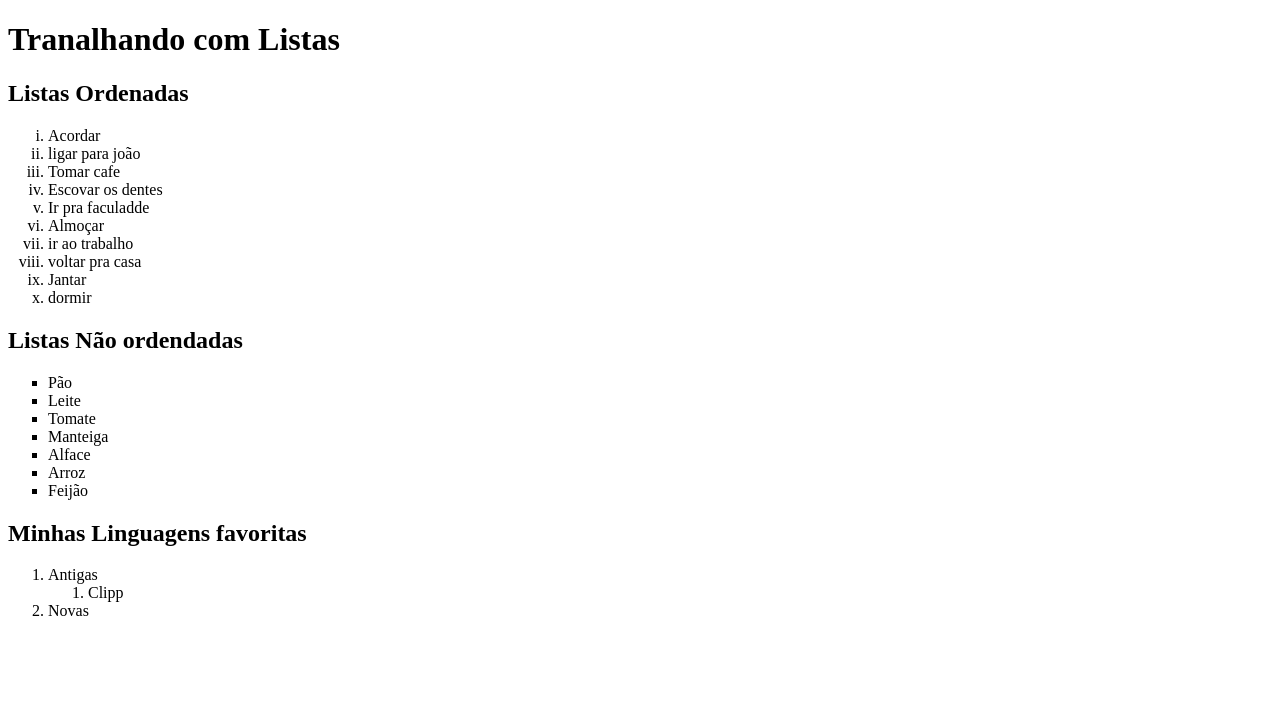
Repository: pheonix5/Estudo
Page: html-css/exercicios/ex009/index.html
These files come from the project's save history. The page is drawn as it stood at one moment and after the next save; the edit follows.
The browser window is 1280 px wide. The pictures show the whole page.

Above is the page before, as saved 2023-08-01 22:26:59.

After the next save:
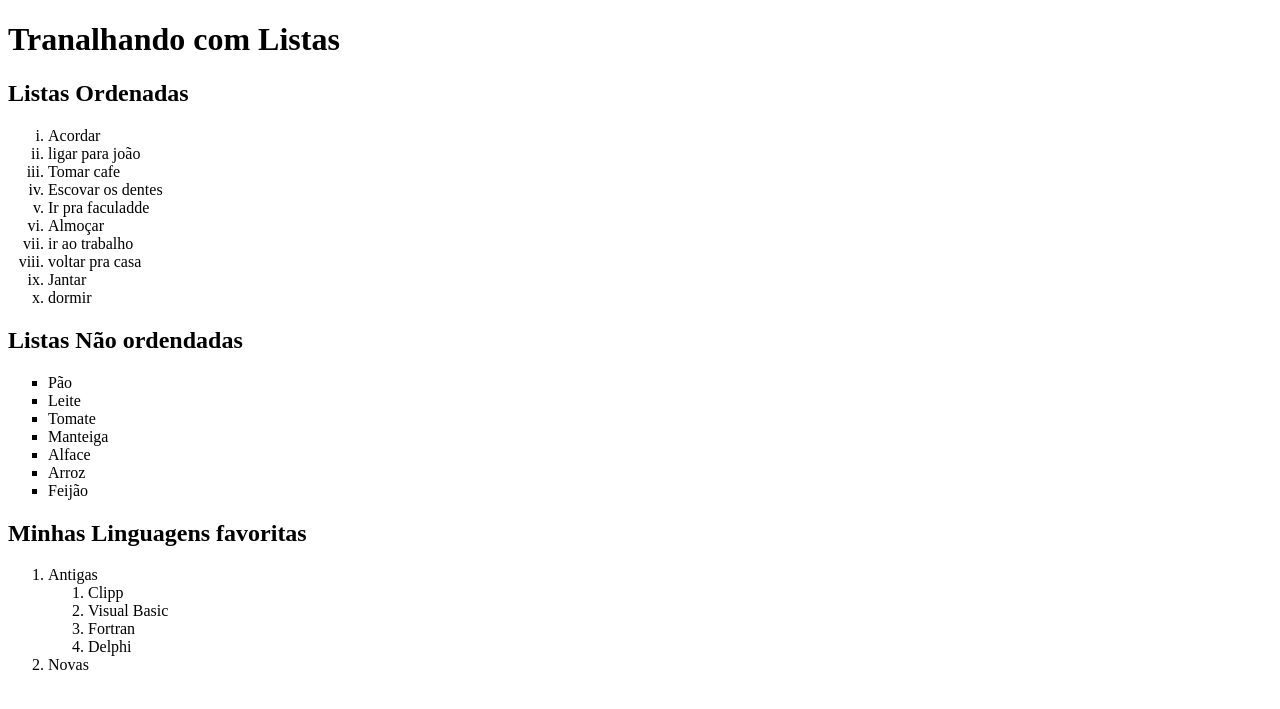
Saved 26 s later.
--- a/html-css/exercicios/ex009/index.html
+++ b/html-css/exercicios/ex009/index.html
@@ -38,6 +38,9 @@
     <li>Antigas</li>
     <ol>
       <li>Clipp</li>
+      <li>Visual Basic</li>
+      <li>Fortran</li>
+      <li>Delphi</li>
     </ol>
     <li>Novas</li>
   </ol>
